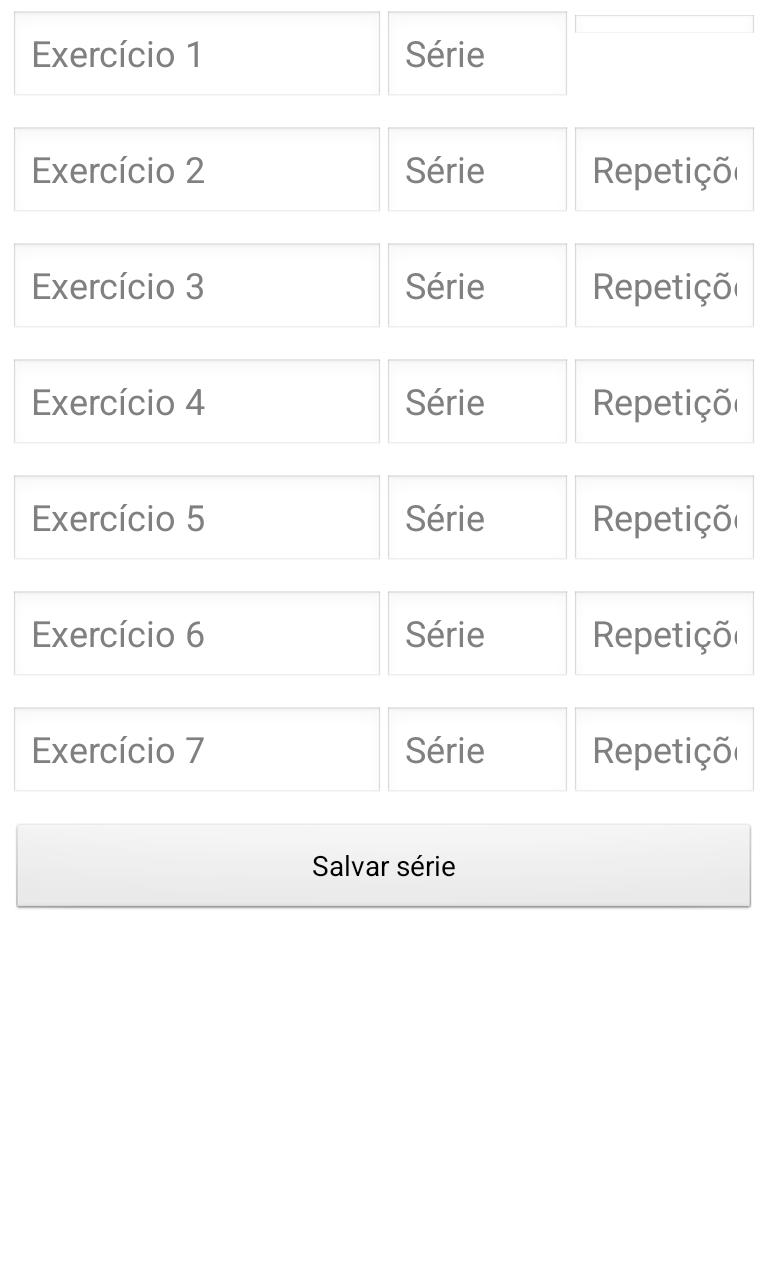
Repository: BrunoDeNadaiSarnaglia/Exame
Layout: Exame/res/layout/activity_nova_serie.xml
The author's editor kept a copy of each file at every save. The layout is drawn from the files as they stood at one save, then again after the next save.
It is drawn on a 768 x 1280 px phone screen (xhdpi) without system bars, with theme AppTheme; the app's code is not run.

Above is the layout before, as saved 2013-07-09 20:26:02.

After the next save:
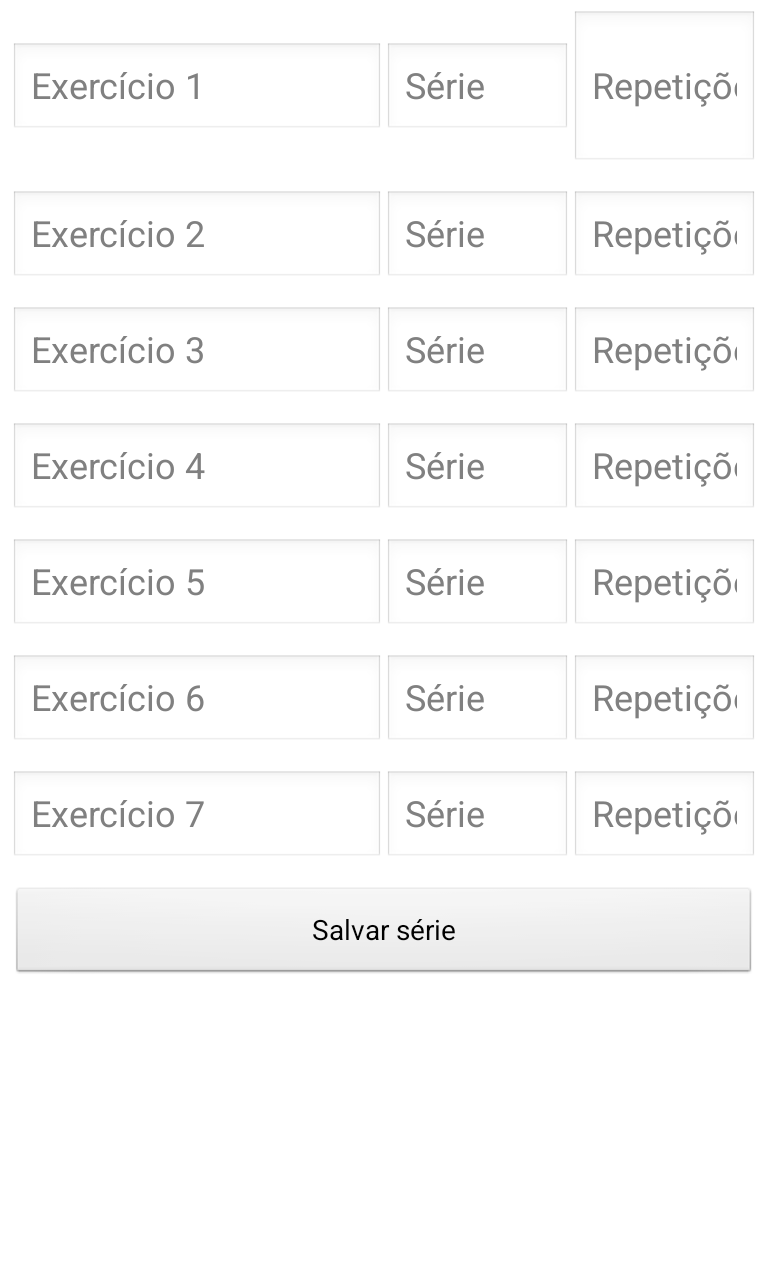
Saved 70 s later.
--- a/Exame/res/layout/activity_nova_serie.xml
+++ b/Exame/res/layout/activity_nova_serie.xml
@@ -27,7 +27,7 @@
         <EditText android:id="@+id/repeticoes1"
         android:layout_weight="1"
         android:layout_width="0dp"
-        android:layout_height="10dp"
+        android:layout_height="80dp"
         android:hint="Repetições"
         android:inputType="number" />
     </TableRow>

After the save that followed:
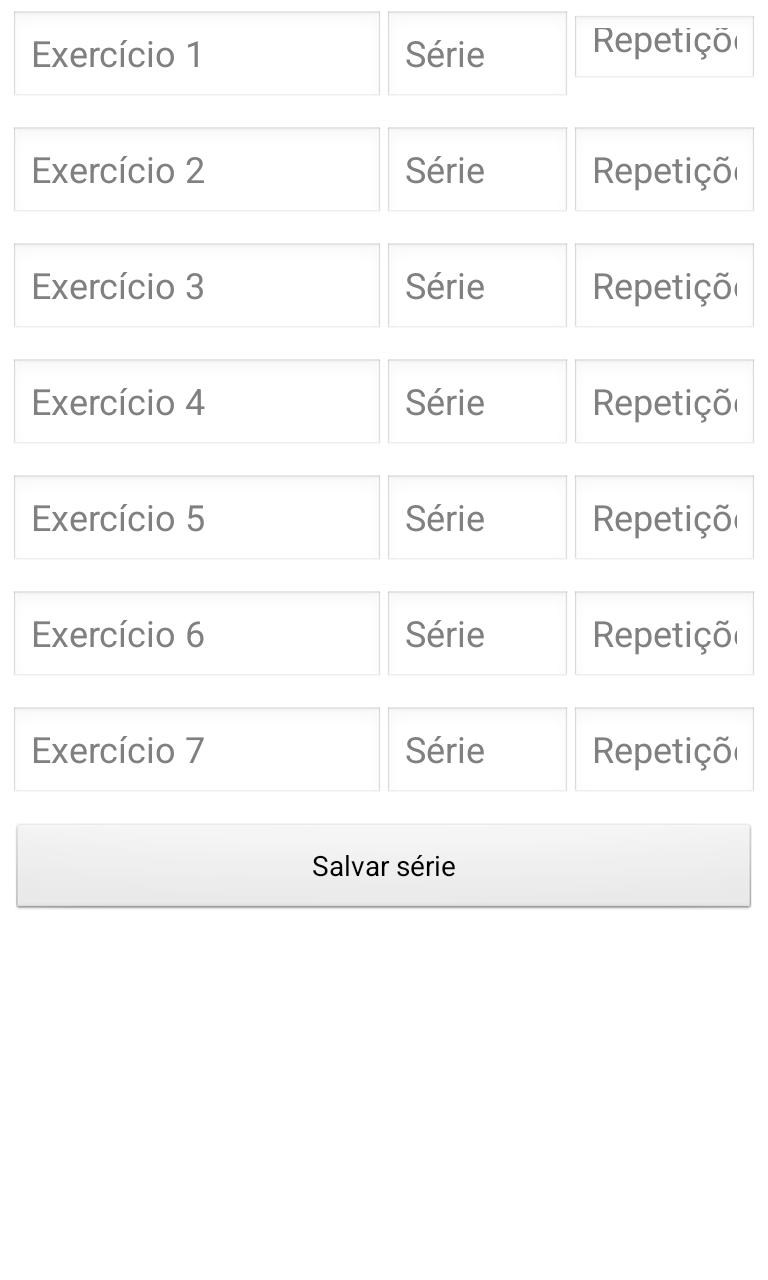
Saved 109 s later.
--- a/Exame/res/layout/activity_nova_serie.xml
+++ b/Exame/res/layout/activity_nova_serie.xml
@@ -27,7 +27,7 @@
         <EditText android:id="@+id/repeticoes1"
         android:layout_weight="1"
         android:layout_width="0dp"
-        android:layout_height="80dp"
+        android:layout_height="35dp"
         android:hint="Repetições"
         android:inputType="number" />
     </TableRow>
